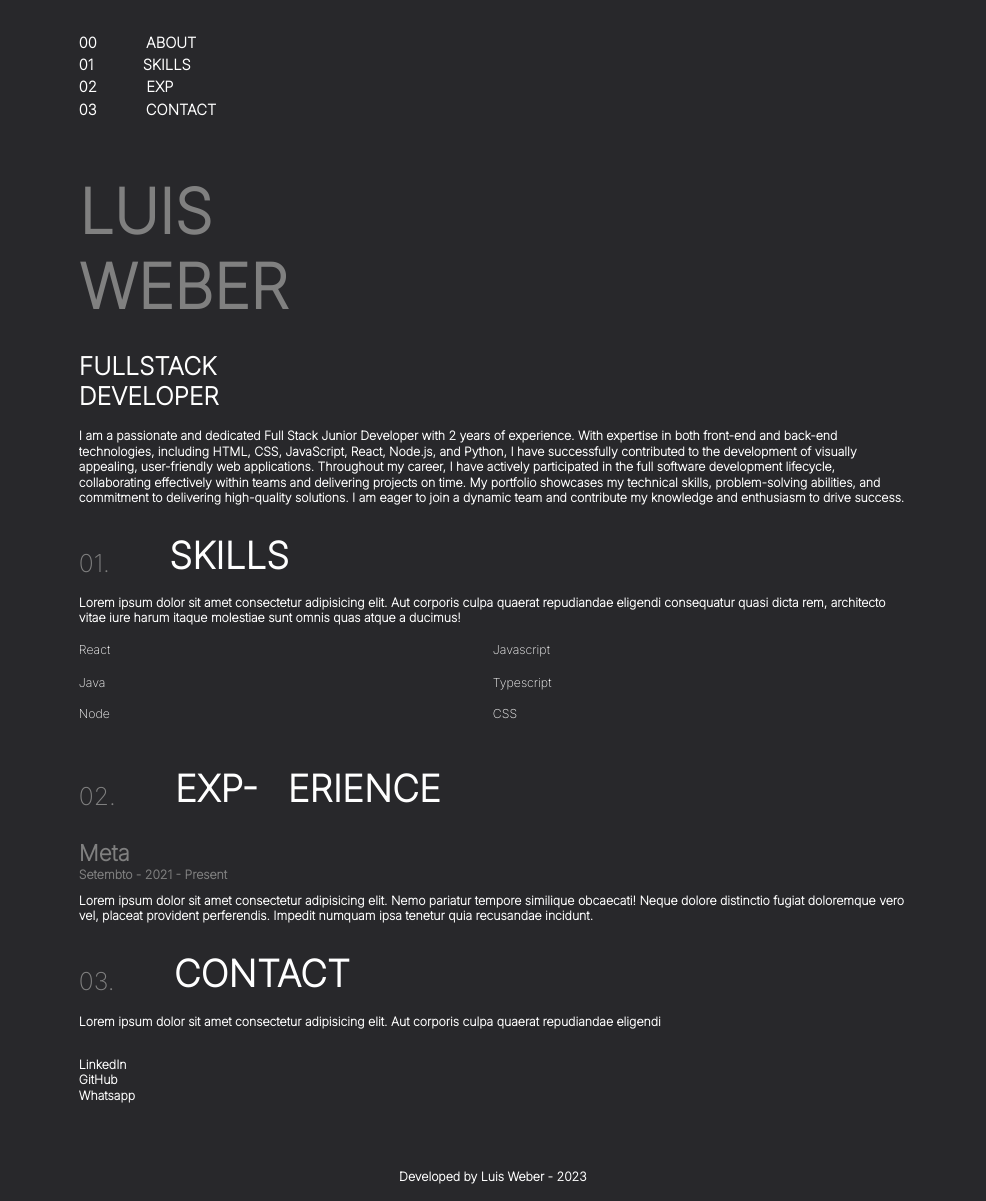
Repository: luiswh1/Portfolio
Page: /
An editor plug-in stored every save of this project. The page is shown before and after the next save, followed by the edit.
The browser window is 1280 px wide. The pictures show the whole page, at 77% of full size.
The project was rebuilt for these pictures with package versions that can differ from the ones it lists, and the page was loaded fresh each time.

Above is the page before, as saved 2023-05-31 20:09:13.

### public/index.html
<!DOCTYPE html>
<html lang="en">
  <head>
    <meta charset="utf-8" />
    <link rel="icon" href="%PUBLIC_URL%/favicon.ico" />
    <meta name="viewport" content="width=device-width, initial-scale=1" />
    <meta name="theme-color" content="#000000" />
    <meta
      name="description"
      content="Web site created using create-react-app"
    />
    <link rel="apple-touch-icon" href="%PUBLIC_URL%/logo192.png" />
    <!--
      manifest.json provides metadata used when your web app is installed on a
      user's mobile device or desktop. See https://developers.google.com/web/fundamentals/web-app-manifest/
    -->
    <link rel="manifest" href="%PUBLIC_URL%/manifest.json" />
    <!--
      Notice the use of %PUBLIC_URL% in the tags above.
      It will be replaced with the URL of the `public` folder during the build.
      Only files inside the `public` folder can be referenced from the HTML.

      Unlike "/favicon.ico" or "favicon.ico", "%PUBLIC_URL%/favicon.ico" will
      work correctly both with client-side routing and a non-root public URL.
      Learn how to configure a non-root public URL by running `npm run build`.
    -->

    <link rel="preconnect" href="https://fonts.googleapis.com">
    <link rel="preconnect" href="https://fonts.gstatic.com" crossorigin>
    <link href="https://fonts.googleapis.com/css2?family=Inter:wght@200&family=Poppins:wght@200;300&display=swap" rel="stylesheet">
    <title>React App</title>
  </head>
  <body>
    <noscript>You need to enable JavaScript to run this app.</noscript>
    <div id="root"></div>
    <!--
      This HTML file is a template.
      If you open it directly in the browser, you will see an empty page.

      You can add webfonts, meta tags, or analytics to this file.
      The build step will place the bundled scripts into the <body> tag.

      To begin the development, run `npm start` or `yarn start`.
      To create a production bundle, use `npm run build` or `yarn build`.
    -->
  </body>
</html>

### src/index.tsx
import React from 'react';
import ReactDOM from 'react-dom/client';
import App from './App';
import GlobalStyle from './styles/globalStyles';

const root = ReactDOM.createRoot(
  document.getElementById('root') as HTMLElement
);
root.render(
  <React.StrictMode>
    <GlobalStyle />
    <App />
  </React.StrictMode>
);

### src/App.tsx
import React from 'react';
import Home from './Pages/Home';

function App() {
  return (
   <Home />
  );
}

export default App;

### src/styles/globalStyles.tsx
import { createGlobalStyle } from 'styled-components'


const GlobalStyle = createGlobalStyle`
* {
    margin: 0;
    font-family: Inter;
  }

html {
  scroll-behavior: smooth;
}

  html, body {
    height: 100%;
    background-color: #28282B;
    color: white;
  }

`

export default GlobalStyle

### src/Pages/Home.tsx
import {
  Container,
  NameSection,
  StyledName,
  InnerContainer,
  Profession,
  About,
  LabelTitle,
  NumberIndex,
  IndexTitle,
  ListSkills,
  SkillItem,
  StyledSpanExp,
  Experience,
  Company,
  Date,
  Description,
  SectionContacts,
  ContactItem,
  FooterSection,
} from "./HomeStyles";
import IndexList from "../Components/IndexList/IndexList";
import { Fade } from "react-awesome-reveal";

const Home = () => {
  return (
    <Container>
      <InnerContainer>
        <Fade direction="down" triggerOnce>
          <IndexList />
          <NameSection>
            <StyledName>
              LUIS <br />
              WEBER
            </StyledName>
          </NameSection>

          <Profession>
            FULLSTACK <br />
            DEVELOPER
          </Profession>

          <About>
            I am a passionate and dedicated Full Stack Junior Developer with 2
            years of experience. With expertise in both front-end and back-end
            technologies, including HTML, CSS, JavaScript, React, Node.js, and
            Python, I have successfully contributed to the development of
            visually appealing, user-friendly web applications. Throughout my
            career, I have actively participated in the full software
            development lifecycle, collaborating effectively within teams and
            delivering projects on time. My portfolio showcases my technical
            skills, problem-solving abilities, and commitment to delivering
            high-quality solutions. I am eager to join a dynamic team and
            contribute my knowledge and enthusiasm to drive success.
          </About>

          <LabelTitle>
            <NumberIndex>01.</NumberIndex>
            <IndexTitle>SKILLS</IndexTitle>
          </LabelTitle>

          <About>
            Lorem ipsum dolor sit amet consectetur adipisicing elit. Aut
            corporis culpa quaerat repudiandae eligendi consequatur quasi dicta
            rem, architecto vitae iure harum itaque molestiae sunt omnis quas
            atque a ducimus!
          </About>

          <ListSkills>
            <SkillItem>React</SkillItem>
            <SkillItem>Javascript</SkillItem>
            <SkillItem>Java</SkillItem>
            <SkillItem>Typescript</SkillItem>
            <SkillItem>Node</SkillItem>
            <SkillItem>CSS</SkillItem>
          </ListSkills>

          <LabelTitle id="parent">
            {/* TODO Ajustar o EXP em diferente resoluções de celular, pois está ficando desalinhado com o ERIENCE */}
            <div>
              <NumberIndex>02.</NumberIndex>
            </div>
            <div id="divhaha">
              <StyledSpanExp>EXP-</StyledSpanExp>
              <IndexTitle>ERIENCE</IndexTitle>
            </div>
          </LabelTitle>

          <Experience>
            <Company>Meta</Company>
            <Date>Setembto - 2021 - Present</Date>
            <Description>
              Lorem ipsum dolor sit amet consectetur adipisicing elit. Nemo
              pariatur tempore similique obcaecati! Neque dolore distinctio
              fugiat doloremque vero vel, placeat provident perferendis. Impedit
              numquam ipsa tenetur quia recusandae incidunt.
            </Description>
          </Experience>

          <LabelTitle>
            <NumberIndex>03.</NumberIndex>
            <IndexTitle>CONTACT</IndexTitle>
          </LabelTitle>

          <About>
            Lorem ipsum dolor sit amet consectetur adipisicing elit. Aut
            corporis culpa quaerat repudiandae eligendi
          </About>

          <SectionContacts>
            <ContactItem>LinkedIn</ContactItem>
            <ContactItem>GitHub</ContactItem>
            <ContactItem>Whatsapp</ContactItem>
          </SectionContacts>

          <FooterSection>
            <h4 style={{ marginBottom: "3vh" }}>
              Developed by Luis Weber - 2023
            </h4>
          </FooterSection>
        </Fade>
      </InnerContainer>
    </Container>
  );
};

export default Home;

### src/Pages/HomeStyles.tsx
import { styled } from "styled-components";

export const Container = styled.div`
  width: 100%;
  height: 100%;
  overflow: hidden;
`;

export const InnerContainer = styled.div`
  margin-left: 8vw;
  margin-right: 8vw;
`;

export const NameSection = styled.div`
  width: 100%;
  height: 100%;
  margin-top: 10vh;
`;

export const StyledName = styled.h1`
  font-size: 5em;
  color: gray;
`;

export const Profession = styled.h1`
margin-top: 5vh;
`

export const About = styled.p`
margin-top: 3vh;
color: white;
font-weight: bold;
`
export const LabelTitle = styled.div`
margin-top: 5vh;
display: flex;
align-items: flex-end;
`

export const NumberIndex = styled.span`
  font-size: 2em;
  color: gray;
  margin-right: 3vw;
`;

export const IndexTitle = styled.span`
  font-size: 3em;
  color: white;
  margin-left: 3vw;
  font-weight: bold;
`;


export const ListSkills = styled.div`
margin-top: 3vh;
display: flex;
  flex-wrap: wrap;
`;

export const SkillItem = styled.span`
flex-basis: 50%;
margin-bottom: 3vh;
color: white;
`;

export const StyledSpanExp = styled.span`
font-size: 3em;
color: white;
font-weight: bold;
margin-left: 3vw;
`

export const Experience = styled.section`
margin-top: 5vh;
color: gray;
`

export const Company = styled.h5`
font-size: 1.8em;
`

export const Date = styled.h6`
font-size: 1em;
`

export const Description = styled.p`
color: white;
font-weight: bold;
margin-top: 2vh;
`

export const SectionContacts = styled.p`
margin-top: 5vh;
display: flex;
flex-wrap: wrap;
`

export const ContactItem = styled.span`
flex-basis: 100%;
color: white;
font-weight: bold;
`

export const FooterSection = styled.section`
margin-top: 12vh;
color: white;
font-weight: bold;
display: flex;
justify-content: center;
`

### src/Components/IndexList/IndexList.tsx
import React from "react";
import { Sections, SectionItem } from "./IndexListStyles";

const IndexList = () => {
  return (
    <>
      <Sections>
        <SectionItem>
          <span>00</span>
          <span>ABOUT</span>
        </SectionItem>
        <SectionItem>
          <span>01</span>
          <span>SKILLS</span>
        </SectionItem>
        <SectionItem>
          <span>02</span>
          <span>EXP</span>
        </SectionItem>
        <SectionItem>
          <span>03</span>
          <span>CONTACT</span>
        </SectionItem>
      </Sections>
    </>
  );
};

export default IndexList;

### src/Components/IndexList/IndexListStyles.tsx
import { styled } from "styled-components";

export const Sections = styled.div`
margin-top: 6vh;
`

export const SectionItem = styled.span`
color: white;
font-size: 1.2rem;
font-weight: bold;
display: block;
span:first-child {
    margin-right: 5vw;
  }
  margin-top: 5px;
`

After the next save:
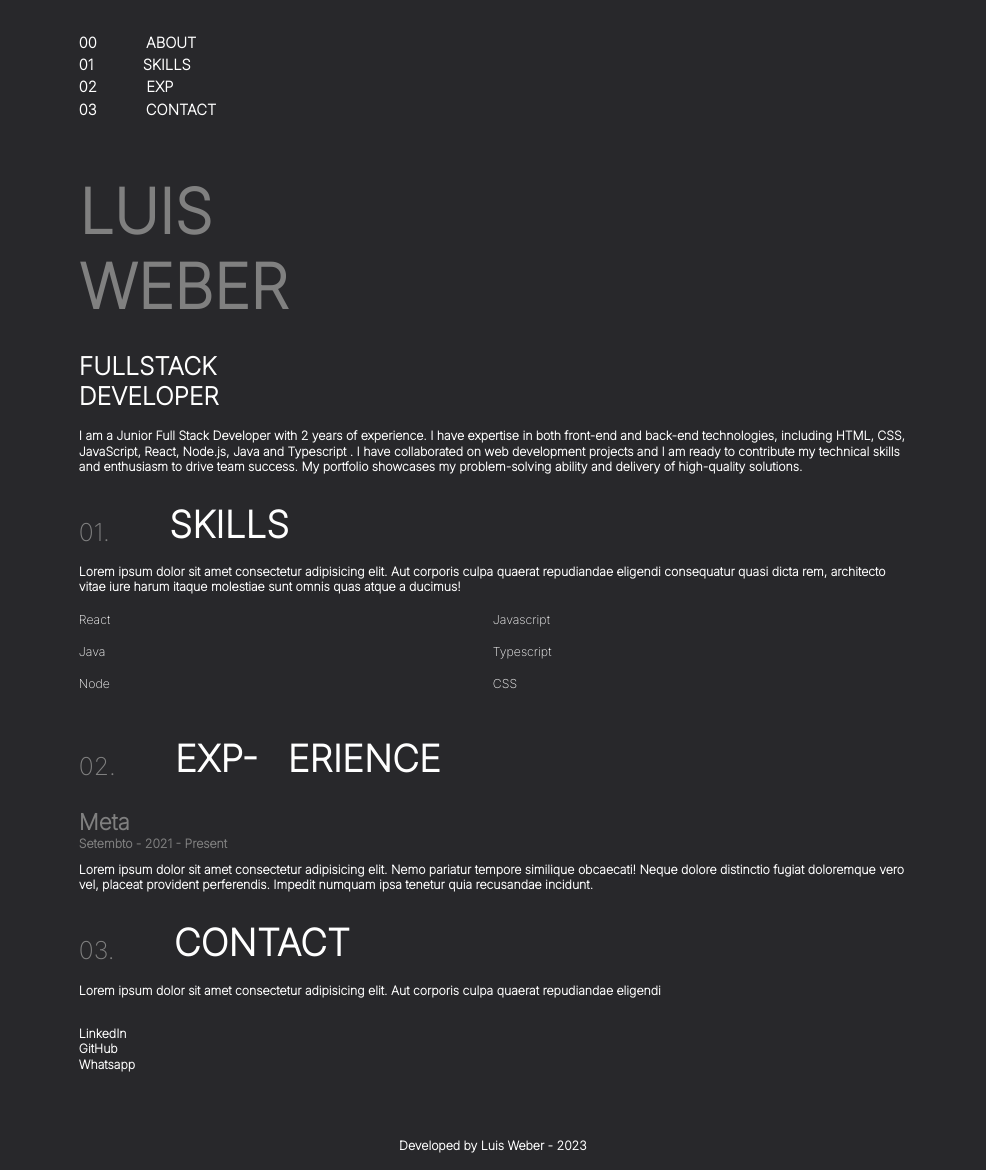
Saved 76 s later.
--- a/src/Pages/Home.tsx
+++ b/src/Pages/Home.tsx
@@ -41,17 +41,13 @@ const Home = () => {
           </Profession>
 
           <About>
-            I am a passionate and dedicated Full Stack Junior Developer with 2
-            years of experience. With expertise in both front-end and back-end
-            technologies, including HTML, CSS, JavaScript, React, Node.js, and
-            Python, I have successfully contributed to the development of
-            visually appealing, user-friendly web applications. Throughout my
-            career, I have actively participated in the full software
-            development lifecycle, collaborating effectively within teams and
-            delivering projects on time. My portfolio showcases my technical
-            skills, problem-solving abilities, and commitment to delivering
-            high-quality solutions. I am eager to join a dynamic team and
-            contribute my knowledge and enthusiasm to drive success.
+            I am a Junior Full Stack Developer with 2 years of experience. I
+            have expertise in both front-end and back-end technologies,
+            including HTML, CSS, JavaScript, React, Node.js, Java and Typescript . I have
+            collaborated on web development projects and I am ready to
+            contribute my technical skills and enthusiasm to drive team success.
+            My portfolio showcases my problem-solving ability and delivery of
+            high-quality solutions.
           </About>
 
           <LabelTitle>
